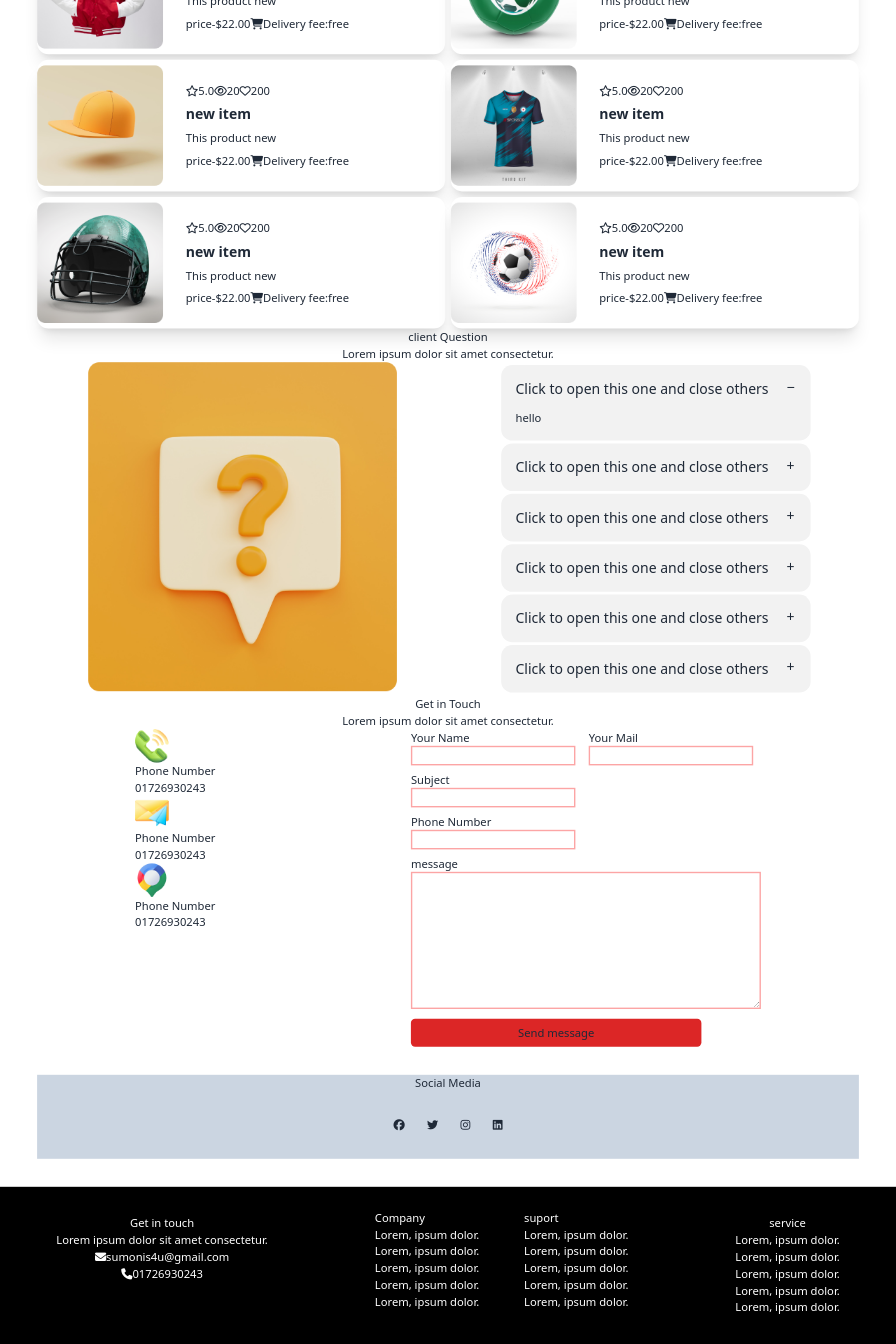
Repository: sumonkumarsarkar/bd-hockeys-team
Page: index.html
An editor plug-in stored every save of this project. The page is shown before and after the next save, followed by the edit.
The browser window is 1280 px wide. The pictures show the part of the page from y = 2088 to 4008 px (the page is 4008 px tall before and 3948 px after), at 70% of full size.
Some web libraries are served in a nearby version.

Above is the page before, as saved 2024-01-24 11:08:51.

After the next save:
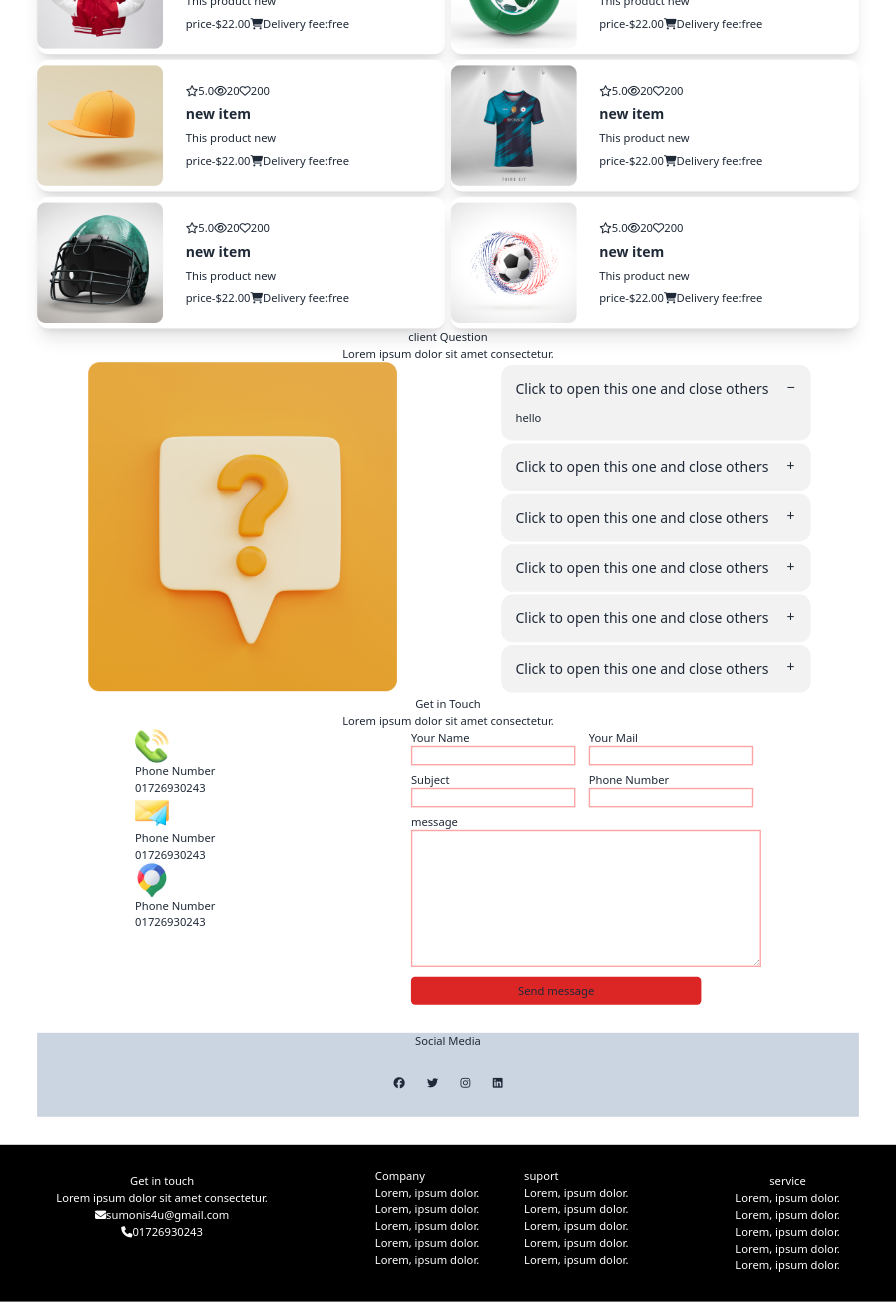
Saved 37 s later.
--- a/index.html
+++ b/index.html
@@ -514,13 +514,13 @@
     </form>
 </div>
 <!-- for Phone number  -->
-<div class="col-span-2">
+<div class="col-span-1">
     <form>
         <label for="number">Phone Number</label><br>
         <input class="border-2 border-red-300" type="text" name="Name" id="" pattern="type subject">
     </form>
 </div>
-<div class="col-span-1 lg:col-span-2">
+<div class="lg:col-span-2">
     <form >
         <label for="number">message</label><br>
         <textarea class="border-2 border-red-300" name=" message" id="" cols="52" rows="8"></textarea>
